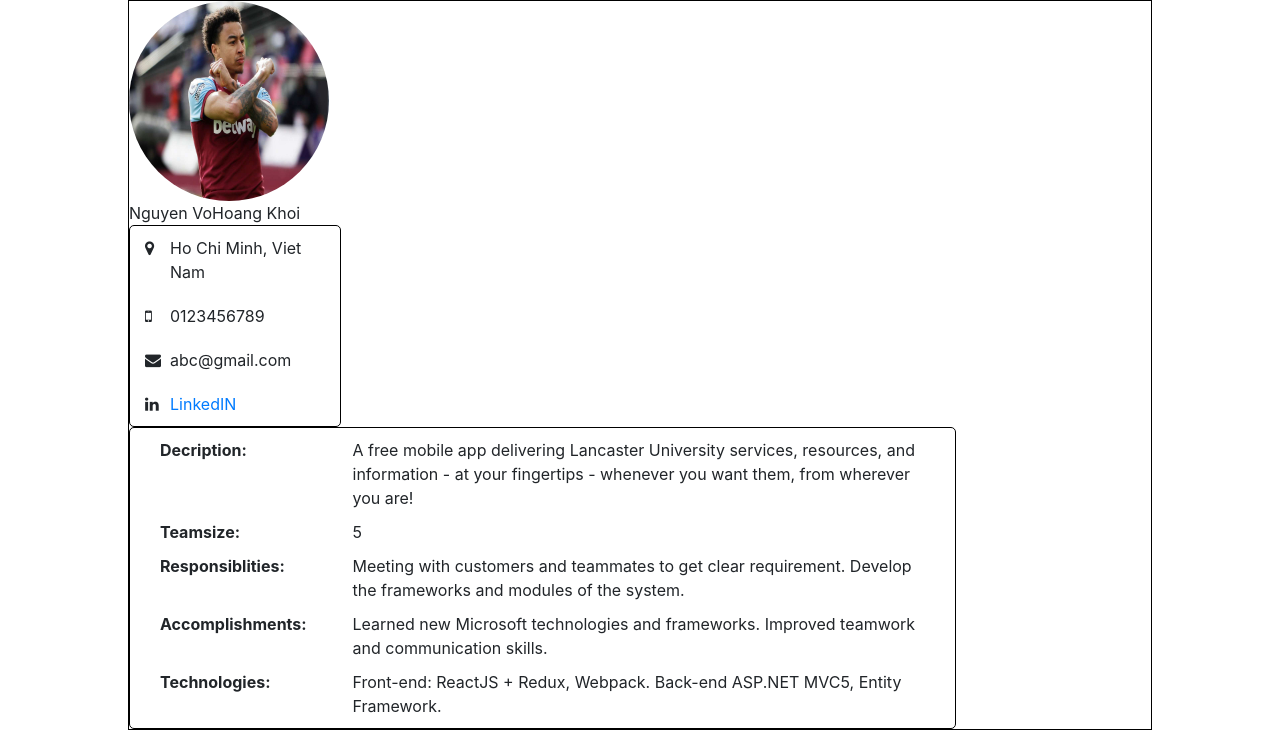
Repository: khoibanh113/mycv
Page: /
These files come from the project's save history. The page is drawn as it stood at one moment and after the next save; the edit follows.
The browser window is 1280 px wide. The pictures show the whole page.
The project was rebuilt for these pictures with package versions that can differ from the ones it lists, and the page was loaded fresh each time.

Above is the page before, as saved 2021-04-02 14:01:03.

After the next save:
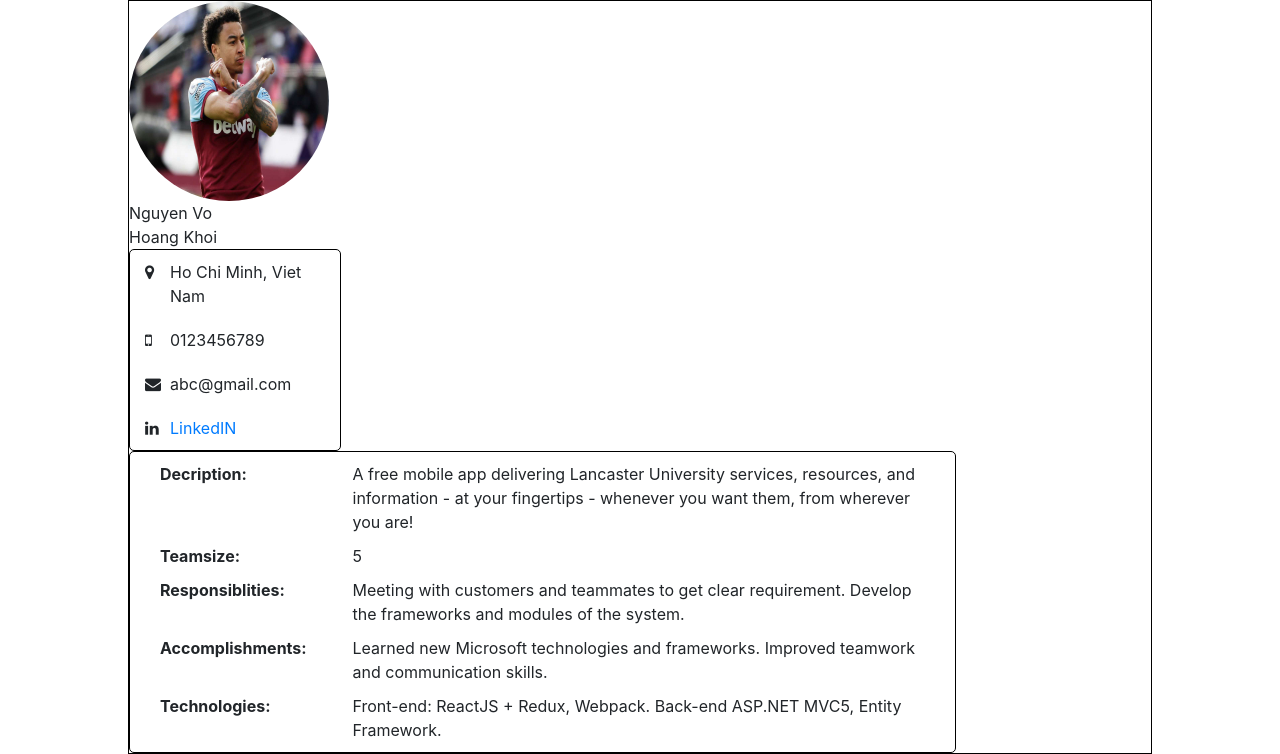
Saved 94 s later.
--- a/src/component/name.js
+++ b/src/component/name.js
@@ -27,8 +27,12 @@
         const firstname = this.getFirstname();
         return(
             <div>
-                <span>{lastname}</span>
-                <span>{firstname}</span>
+                <div className="last-Name">
+                    <span>{lastname}</span>
+                </div>
+                <div className="first-Name">
+                    <span>{firstname}</span>
+                </div>
             </div>
         )
     }
